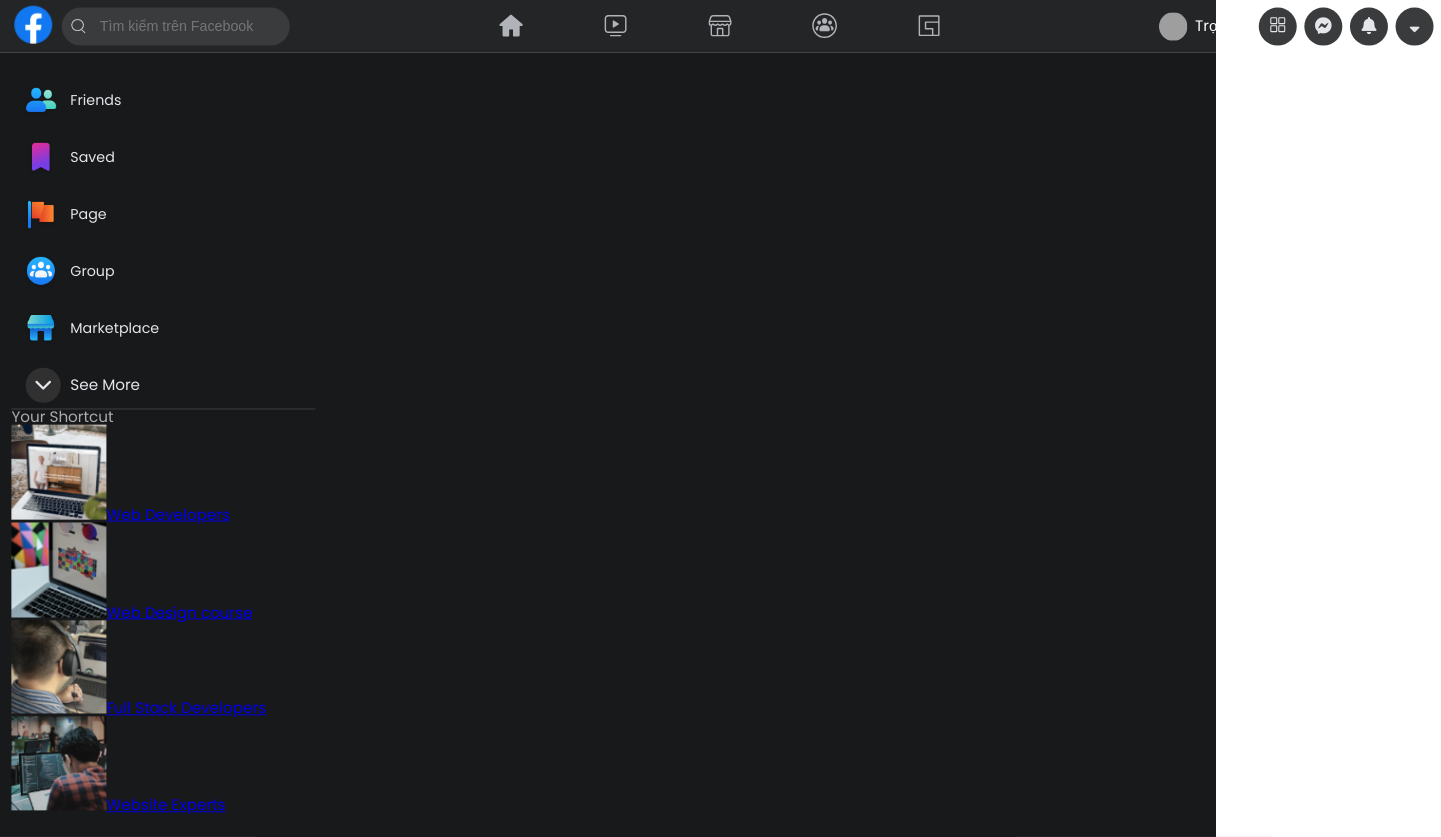
Repository: vanntrong/facebook-clone
Page: index.html
These files come from the project's save history. The page is drawn as it stood at one moment and after the next save; the edit follows.
The browser window is 1280 px wide. The page is 1517 px wide, so the pictures cover 1517 px, including what lies to the right of the window. The pictures show the whole page, at 95% of full size.
Pictures or frames that could not be fetched are drawn as grey boxes.

Above is the page before, as saved 2021-09-08 19:11:24.

### index.html
<!DOCTYPE html>
<html lang="en">
  <head>
    <meta charset="UTF-8" />
    <meta http-equiv="X-UA-Compatible" content="IE=edge" />
    <meta name="viewport" content="width=device-width, initial-scale=1.0" />
    <title>Facebook</title>
    <link rel="stylesheet" href="./assets/css/reset.css" />
    <link rel="stylesheet" href="./assets/css/base.css" />
    <link rel="stylesheet" href="./assets/css/style.css" />
    <link rel="stylesheet" href="./assets/fonts/fontawesome-free-5.15.4-web/css/all.css" />
    <script type="module" src="https://unpkg.com/ionicons@5.5.2/dist/ionicons/ionicons.esm.js"></script>
    <script nomodule src="https://unpkg.com/ionicons@5.5.2/dist/ionicons/ionicons.js"></script>
    <style>
      @import url("https://fonts.googleapis.com/css2?family=Poppins:wght@300;400;500;600;700&display=swap");
    </style>
  </head>
  <body>
    <!-- header -->
    <header class="header">
      <div class="header__nav-left">
        <div class="header__logo">
          <a href="" class="header__logo-link">
            <img src="./assets/images/logo.png" alt="Logo Facebook" class="header__logo-img" />
          </a>
        </div>
        <div class="header__search">
          <img src="./assets/images/search.png" class="header__search-img" />
          <input type="text" class="header__search-input" placeholder="Tìm kiếm trên Facebook" />
        </div>
      </div>

      <div class="header__nav-center">
        <ul class="header__nav-list">
          <li class="header__nav-item">
            <div class="header-item-link">
              <a href="#" class="header-item-icon">
                <svg viewBox="0 0 28 28" class="a8c37x1j ms05siws hwsy1cff b7h9ocf4 aaxa7vy3" height="28" width="28">
                  <path
                    d="M25.825 12.29C25.824 12.289 25.823 12.288 25.821 12.286L15.027 2.937C14.752 2.675 14.392 2.527 13.989 2.521 13.608 2.527 13.248 2.675 13.001 2.912L2.175 12.29C1.756 12.658 1.629 13.245 1.868 13.759 2.079 14.215 2.567 14.479 3.069 14.479L5 14.479 5 23.729C5 24.695 5.784 25.479 6.75 25.479L11 25.479C11.552 25.479 12 25.031 12 24.479L12 18.309C12 18.126 12.148 17.979 12.33 17.979L15.67 17.979C15.852 17.979 16 18.126 16 18.309L16 24.479C16 25.031 16.448 25.479 17 25.479L21.25 25.479C22.217 25.479 23 24.695 23 23.729L23 14.479 24.931 14.479C25.433 14.479 25.921 14.215 26.132 13.759 26.371 13.245 26.244 12.658 25.825 12.29"
                  ></path>
                </svg>
              </a>
            </div>
          </li>
          <li class="header__nav-item">
            <div class="header-item-link">
              <a href="#" class="header-item-icon">
                <svg viewBox="0 0 28 28" class="a8c37x1j ms05siws hwsy1cff b7h9ocf4 em6zcovv" height="28" width="28">
                  <path
                    d="M8.75 25.25C8.336 25.25 8 24.914 8 24.5 8 24.086 8.336 23.75 8.75 23.75L19.25 23.75C19.664 23.75 20 24.086 20 24.5 20 24.914 19.664 25.25 19.25 25.25L8.75 25.25ZM17.163 12.846 12.055 15.923C11.591 16.202 11 15.869 11 15.327L11 9.172C11 8.631 11.591 8.297 12.055 8.576L17.163 11.654C17.612 11.924 17.612 12.575 17.163 12.846ZM21.75 20.25C22.992 20.25 24 19.242 24 18L24 6.5C24 5.258 22.992 4.25 21.75 4.25L6.25 4.25C5.008 4.25 4 5.258 4 6.5L4 18C4 19.242 5.008 20.25 6.25 20.25L21.75 20.25ZM21.75 21.75 6.25 21.75C4.179 21.75 2.5 20.071 2.5 18L2.5 6.5C2.5 4.429 4.179 2.75 6.25 2.75L21.75 2.75C23.821 2.75 25.5 4.429 25.5 6.5L25.5 18C25.5 20.071 23.821 21.75 21.75 21.75Z"
                  ></path>
                </svg>
              </a>
            </div>
          </li>
          <li class="header__nav-item">
            <div class="header-item-link">
              <a href="#" class="header-item-icon">
                <svg viewBox="0 0 28 28" class="a8c37x1j ms05siws hwsy1cff b7h9ocf4 em6zcovv" height="28" width="28">
                  <path
                    d="M17.5 23.75 21.75 23.75C22.164 23.75 22.5 23.414 22.5 23L22.5 14 22.531 14C22.364 13.917 22.206 13.815 22.061 13.694L21.66 13.359C21.567 13.283 21.433 13.283 21.34 13.36L21.176 13.497C20.591 13.983 19.855 14.25 19.095 14.25L18.869 14.25C18.114 14.25 17.382 13.987 16.8 13.506L16.616 13.354C16.523 13.278 16.39 13.278 16.298 13.354L16.113 13.507C15.53 13.987 14.798 14.25 14.044 14.25L13.907 14.25C13.162 14.25 12.439 13.994 11.861 13.525L11.645 13.35C11.552 13.275 11.419 13.276 11.328 13.352L11.155 13.497C10.57 13.984 9.834 14.25 9.074 14.25L8.896 14.25C8.143 14.25 7.414 13.989 6.832 13.511L6.638 13.351C6.545 13.275 6.413 13.275 6.32 13.351L5.849 13.739C5.726 13.84 5.592 13.928 5.452 14L5.5 14 5.5 23C5.5 23.414 5.836 23.75 6.25 23.75L10.5 23.75 10.5 17.5C10.5 16.81 11.06 16.25 11.75 16.25L16.25 16.25C16.94 16.25 17.5 16.81 17.5 17.5L17.5 23.75ZM3.673 8.75 24.327 8.75C24.3 8.66 24.271 8.571 24.238 8.483L23.087 5.355C22.823 4.688 22.178 4.25 21.461 4.25L6.54 4.25C5.822 4.25 5.177 4.688 4.919 5.338L3.762 8.483C3.729 8.571 3.7 8.66 3.673 8.75ZM24.5 10.25 3.5 10.25 3.5 12C3.5 12.414 3.836 12.75 4.25 12.75L4.421 12.75C4.595 12.75 4.763 12.69 4.897 12.58L5.368 12.193C6.013 11.662 6.945 11.662 7.59 12.193L7.784 12.352C8.097 12.609 8.49 12.75 8.896 12.75L9.074 12.75C9.483 12.75 9.88 12.607 10.194 12.345L10.368 12.2C11.01 11.665 11.941 11.659 12.589 12.185L12.805 12.359C13.117 12.612 13.506 12.75 13.907 12.75L14.044 12.75C14.45 12.75 14.844 12.608 15.158 12.35L15.343 12.197C15.989 11.663 16.924 11.663 17.571 12.197L17.755 12.35C18.068 12.608 18.462 12.75 18.869 12.75L19.095 12.75C19.504 12.75 19.901 12.606 20.216 12.344L20.38 12.208C21.028 11.666 21.972 11.666 22.62 12.207L23.022 12.542C23.183 12.676 23.387 12.75 23.598 12.75 24.097 12.75 24.5 12.347 24.5 11.85L24.5 10.25ZM24 14.217 24 23C24 24.243 22.993 25.25 21.75 25.25L6.25 25.25C5.007 25.25 4 24.243 4 23L4 14.236C2.875 14.112 2 13.158 2 12L2 9.951C2 9.272 2.12 8.6 2.354 7.964L3.518 4.802C4.01 3.563 5.207 2.75 6.54 2.75L21.461 2.75C22.793 2.75 23.99 3.563 24.488 4.819L25.646 7.964C25.88 8.6 26 9.272 26 9.951L26 11.85C26 13.039 25.135 14.026 24 14.217ZM16 23.75 16 17.75 12 17.75 12 23.75 16 23.75Z"
                  ></path>
                </svg>
              </a>
            </div>
          </li>
          <li class="header__nav-item">
            <div class="header-item-link">
              <a href="#" class="header-item-icon">
                <svg viewBox="0 0 28 28" class="a8c37x1j ms05siws hwsy1cff b7h9ocf4 em6zcovv" height="28" width="28">
                  <path
                    d="M25.5 14C25.5 7.649 20.351 2.5 14 2.5 7.649 2.5 2.5 7.649 2.5 14 2.5 20.351 7.649 25.5 14 25.5 20.351 25.5 25.5 20.351 25.5 14ZM27 14C27 21.18 21.18 27 14 27 6.82 27 1 21.18 1 14 1 6.82 6.82 1 14 1 21.18 1 27 6.82 27 14ZM7.479 14 7.631 14C7.933 14 8.102 14.338 7.934 14.591 7.334 15.491 6.983 16.568 6.983 17.724L6.983 18.221C6.983 18.342 6.99 18.461 7.004 18.578 7.03 18.802 6.862 19 6.637 19L6.123 19C5.228 19 4.5 18.25 4.5 17.327 4.5 15.492 5.727 14 7.479 14ZM20.521 14C22.274 14 23.5 15.492 23.5 17.327 23.5 18.25 22.772 19 21.878 19L21.364 19C21.139 19 20.97 18.802 20.997 18.578 21.01 18.461 21.017 18.342 21.017 18.221L21.017 17.724C21.017 16.568 20.667 15.491 20.067 14.591 19.899 14.338 20.067 14 20.369 14L20.521 14ZM8.25 13C7.147 13 6.25 11.991 6.25 10.75 6.25 9.384 7.035 8.5 8.25 8.5 9.465 8.5 10.25 9.384 10.25 10.75 10.25 11.991 9.353 13 8.25 13ZM19.75 13C18.647 13 17.75 11.991 17.75 10.75 17.75 9.384 18.535 8.5 19.75 8.5 20.965 8.5 21.75 9.384 21.75 10.75 21.75 11.991 20.853 13 19.75 13ZM15.172 13.5C17.558 13.5 19.5 15.395 19.5 17.724L19.5 18.221C19.5 19.202 18.683 20 17.677 20L10.323 20C9.317 20 8.5 19.202 8.5 18.221L8.5 17.724C8.5 15.395 10.441 13.5 12.828 13.5L15.172 13.5ZM16.75 9C16.75 10.655 15.517 12 14 12 12.484 12 11.25 10.655 11.25 9 11.25 7.15 12.304 6 14 6 15.697 6 16.75 7.15 16.75 9Z"
                  ></path>
                </svg>
              </a>
            </div>
          </li>
          <li class="header__nav-item">
            <div class="header-item-link">
              <a href="#" class="header-item-icon">
                <svg viewBox="0 0 28 28" class="a8c37x1j ms05siws hwsy1cff b7h9ocf4 em6zcovv" height="28" width="28">
                  <path
                    d="M23.5 9.5H10.25a.75.75 0 00-.75.75v7c0 .414.336.75.75.75H17v5.5H4.5v-19h19v5zm0 14h-5v-6.25a.75.75 0 00-.75-.75H11V11h12.5v12.5zm1.5.25V4.25C25 3.561 24.439 3 23.75 3H4.25C3.561 3 3 3.561 3 4.25v19.5c0 .689.561 1.25 1.25 1.25h19.5c.689 0 1.25-.561 1.25-1.25z"
                  ></path>
                </svg>
              </a>
            </div>
          </li>
        </ul>
      </div>

      <div class="header__nav-right">
        <div class="header__nav-user">
          <img
            src="https://scontent.fsgn8-1.fna.fbcdn.net/v/t1.6435-1/p240x240/210197760_1699894010195731_8413836282276662202_n.jpg?_nc_cat=108&ccb=1-5&_nc_sid=7206a8&_nc_ohc=VyKzTsO_4DMAX9YWiV5&tn=ZfnwPn3exKDbVvbU&_nc_ht=scontent.fsgn8-1.fna&oh=88a15a829e8b30a39c7311926931e93a&oe=615D2151"
            class="header__nav-user-img"
          />
          <span class="header__nav-user-name">Trọng</span>
        </div>
        <div class="header__nav-menu">
          <ul class="header-menu-list">
            <li class="header-menu-item">
              <div class="header-menu-link">
                <a href="#" class="header-menu-icon">
                  <ion-icon name="grid-outline"></ion-icon>
                </a>
              </div>
            </li>
            <li class="header-menu-item">
              <div class="header-menu-link">
                <a href="#" class="header-menu-icon">
                  <i class="fab fa-facebook-messenger"></i>
                </a>
              </div>
            </li>
            <li class="header-menu-item">
              <div class="header-menu-link">
                <a href="#" class="header-menu-icon">
                  <i class="fas fa-bell"></i>
                </a>
              </div>
            </li>
            <li class="header-menu-item">
              <div class="header-menu-link">
                <a href="#" class="header-menu-icon">
                  <i class="fas fa-sort-down"></i>
                </a>
              </div>
            </li>
          </ul>
        </div>
      </div>
    </header>

    <!-- container -->
    <div class="app__container">
      <!-- left-sidebar -->
      <div class="left-sidebar">
        <div class="imp-links">
          <a class="imp-links-link" href="#"><img src="./assets/images/friends.png" />Friends</a>
          <a class="imp-links-link" href="#"><img src="./assets/images/saved.png" />Saved</a>
          <a class="imp-links-link" href="#"><img src="./assets/images/pages.png" />Page</a>
          <a class="imp-links-link" href="#"><img src="./assets/images/group.png" />Group</a>
          <a class="imp-links-link" href="#"><img src="./assets/images/marketplace.png" />Marketplace</a>
          <div class="sidebar-see-more">
            <div class="see-more-icon">
              <ion-icon name="chevron-down-outline"></ion-icon>
            </div>
            <span class="see-more-text">See More</span>
          </div>
        </div>

        <div class="shortcut-side">
          <p class="shortcut-text">Your Shortcut</p>
          <a href="#" class="shortcut-link"
            ><img src="./assets/images/shortcut-1.png" class="shortcut-img" />Web Developers</a
          >
          <a href="#" class="shortcut-link"
            ><img src="./assets/images/shortcut-2.png" class="shortcut-img" />Web Design course</a
          >
          <a href="#" class="shortcut-link"
            ><img src="./assets/images/shortcut-3.png" class="shortcut-img" />Full Stack Developers</a
          >
          <a href="#" class="shortcut-link"
            ><img src="./assets/images/shortcut-4.png" class="shortcut-img" />Website Experts</a
          >
        </div>
      </div>
      <div class="main-content"></div>
      <div class="right-sidebar"></div>
    </div>

    <footer class="footer"></footer>
  </body>
</html>

### assets/css/base.css
:root {
  --primary-color: #242526;
}

html {
  font-family: "Poppins", sans-serif;
}

* {
  box-sizing: border-box;
}

### assets/css/style.css
.header {
  display: flex;
  align-items: center;
  height: 55px;
  background-color: var(--primary-color);
}

.header__nav-left {
  display: flex;
  align-items: center;
  height: 100%;
}

.header__logo {
  margin-left: 15px;
  margin-right: 10px;
}

.header__logo-link {
  text-decoration: none;
  color: transparent;
}

.header__logo-img {
  width: 40px;
  height: 40px;
}

.header__search {
  background-color: #3a3b3c;
  width: 240px;
  height: 40px;
  border-radius: 20px;
  display: flex;
  align-items: center;
  color: #9ea1a6;
}
.header__search-img {
  width: 15px;
  margin: 10px;
}
.header__search-input {
  width: 100%;
  color: #fff;
  font-weight: 300;
  font-size: 15px;
  background-color: transparent;
  outline: none;
  padding: 0 5px;
  border: 0;
}

.header__nav-center {
  width: 545px;
  height: 100%;
  margin: 0 160px;
}

.header__nav-list {
  display: flex;
  align-items: center;
  list-style: none;
  height: 100%;
}

.header__nav-item {
  width: 110px;
  height: 100%;
  padding: 0 20px;
}

.header-item-link {
  width: 105px;
  height: 53px;
  align-items: center;
  justify-content: center;
  transition: height linear 0.1s;
}

.header-item-link:hover {
  background-color: #4d4c4c;
  border-radius: 10px;
}

.header-item-icon {
  color: #fff;
  fill: #b0b3b8;
  width: 100%;
  height: 100%;
  display: flex;
  align-items: center;
  justify-content: center;
}

.header__nav-right {
  display: flex;
  align-items: center;
  flex: 1;
  height: 100%;
  margin-left: 50px;
}

.header__nav-user {
  display: flex;
  align-items: center;
  margin-right: 20px;
  width: 85px;
  height: 40px;
}

.header__nav-user:hover {
  background-color: #3a3b3c;
  border-radius: 20px;
}

.header__nav-user-img {
  width: 30px;
  height: 30px;
  border-radius: 50%;
}

.header__nav-user-name {
  color: #fff;
  font-size: 16px;
  padding-left: 8px;
  cursor: pointer;
}

.header__nav-menu {
}

.header-menu-list {
  display: flex;
  align-items: center;
  justify-content: space-between;
}

.header-menu-link {
  display: flex;
  align-items: center;
  justify-content: center;
  font-size: 18px;
  margin: 0 8px 0 0;
  background-color: #3a3b3c;
  width: 40px;
  height: 40px;
  border-radius: 50%;
}

.header-menu-link:hover {
  background-color: #595b5c;
}

.header-menu-icon {
  color: #e4e6eb;
  display: block;
}

/* container */
.app__container {
  display: flex;
  justify-content: space-between;
  padding: 25px 0;
  background-color: #18191a;
  height: 100%;
}

.left-sidebar {
  flex-basis: 25%;
  position: relative;
  margin-left: 12px;
}

.imp-links {
  display: flex;
  flex-direction: column;
  position: relative;
  border-bottom: 1px solid #3e4042;
}

.imp-links-link {
  height: 50px;
  width: 100%;
  font-size: 15px;
  color: #e4e6eb;
  text-decoration: none;
  margin-bottom: 10px;
  display: flex;
  align-items: center;
}

.imp-links-link:hover {
  background-color: rgba(255, 255, 255, 0.1);
  border-radius: 10px;
  cursor: pointer;
}

.imp-links a img {
  width: 38px;
  height: 38px;
  margin: 0 12px;
}

.sidebar-see-more {
  color: #e4e6eb;
  display: flex;
  align-items: center;
  width: 100%;
  height: 50px;
}

.sidebar-see-more:hover {
  background-color: rgba(255, 255, 255, 0.1);
  border-radius: 10px;
  cursor: pointer;
}

.see-more-icon {
  font-size: 25px;
  width: 37px;
  height: 37px;
  display: flex;
  align-items: center;
  justify-content: center;
  /* margin: 0 15px; */
  margin-left: 15px;
  margin-right: 10px;
  background-color: #303031;
  border-radius: 50%;
}

.shortcut-side {
  display: flex;
  flex-direction: column;
}

.shortcut-text {
  color: #a9acb0;
}

.main-content {
  flex-basis: 47%;
}

.right-sidebar {
  flex-basis: 25%;
}

Loaded but not shown: assets/css/reset.css (common file); assets/fonts/fontawesome-free-5.15.4-web/css/all.css (library)

After the next save:
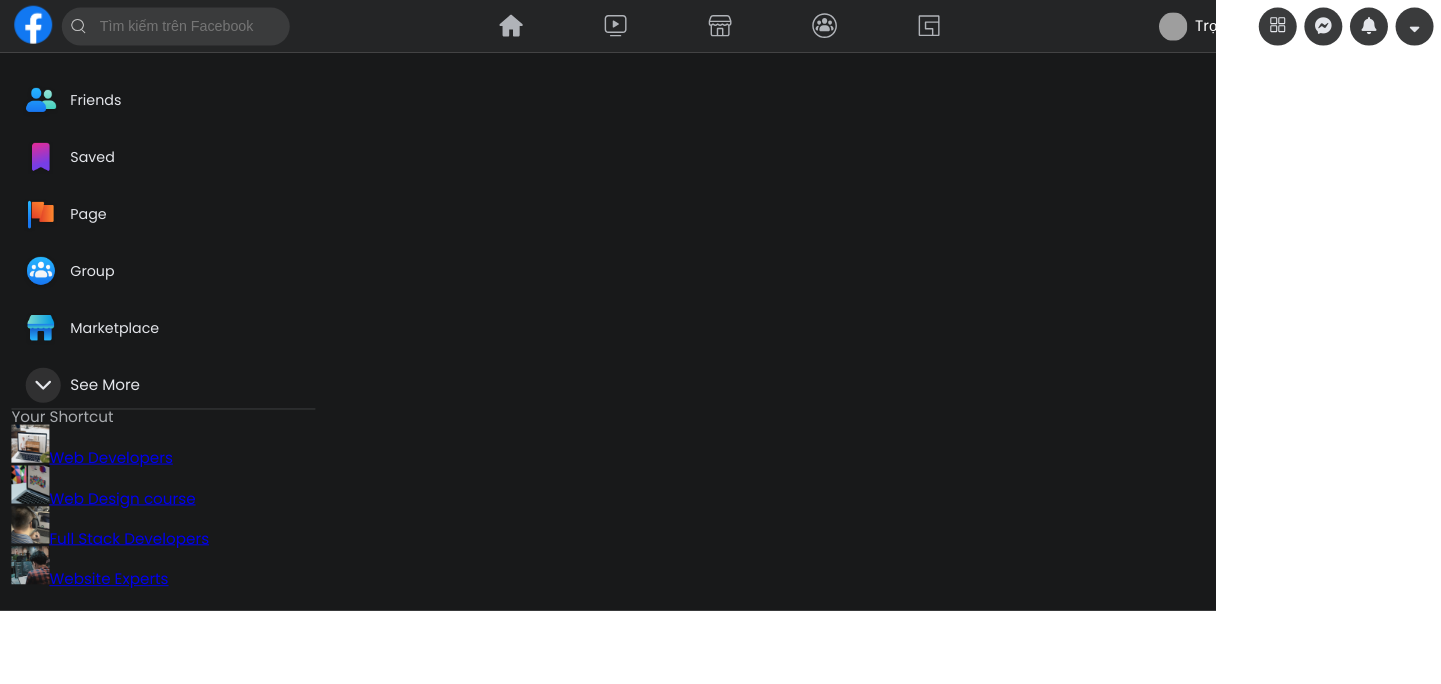
Saved 86 s later.
--- a/assets/css/style.css
+++ b/assets/css/style.css
@@ -238,6 +238,10 @@
   color: #a9acb0;
 }
 
+.shortcut-img {
+  width: 40px;
+}
+
 .main-content {
   flex-basis: 47%;
 }
